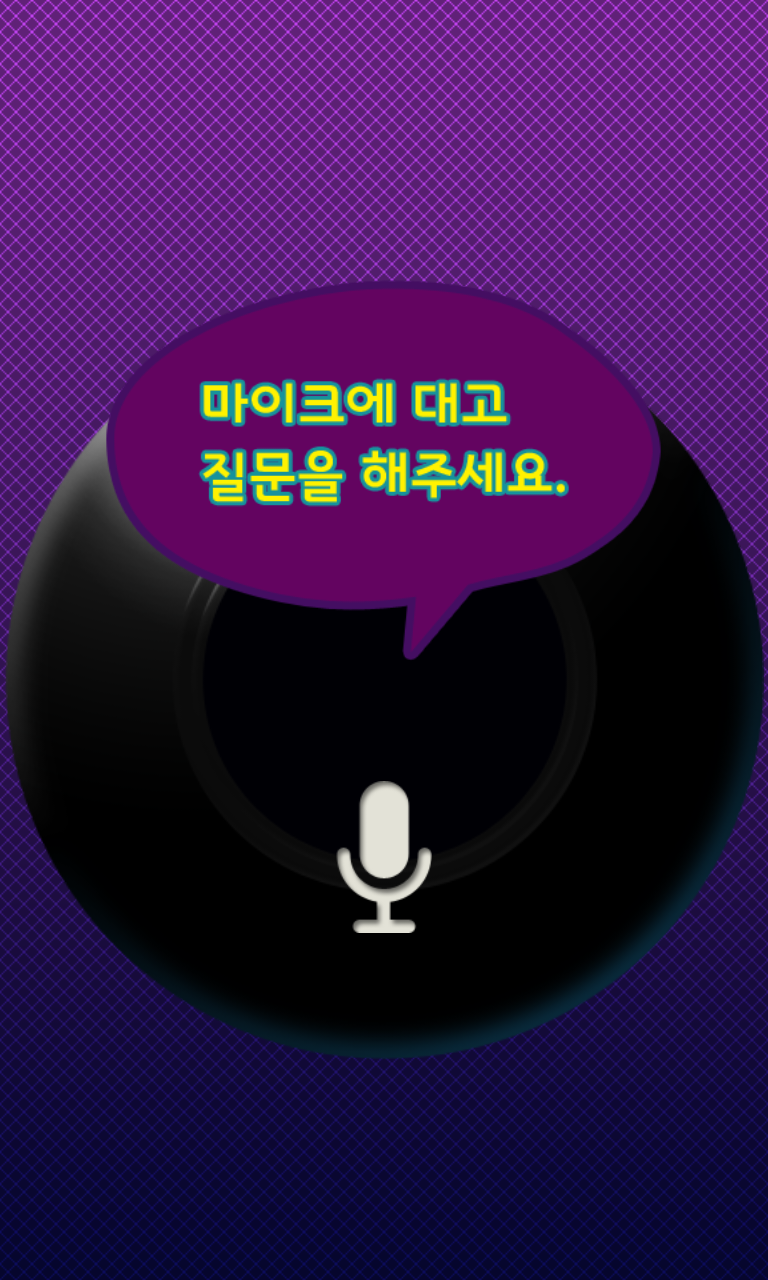
Repository: LimHeeJho/masicBall
Layout: MagicBall/res/layout/activity_main.xml
These files come from the project's save history. The layout is drawn as it stood at one moment and after the next save; the edit follows.
It is drawn on a 768 x 1280 px phone screen (xhdpi) without system bars, with theme AppTheme; the app's code is not run.

Above is the layout before, as saved 2013-07-17 08:19:56.

After the next save:
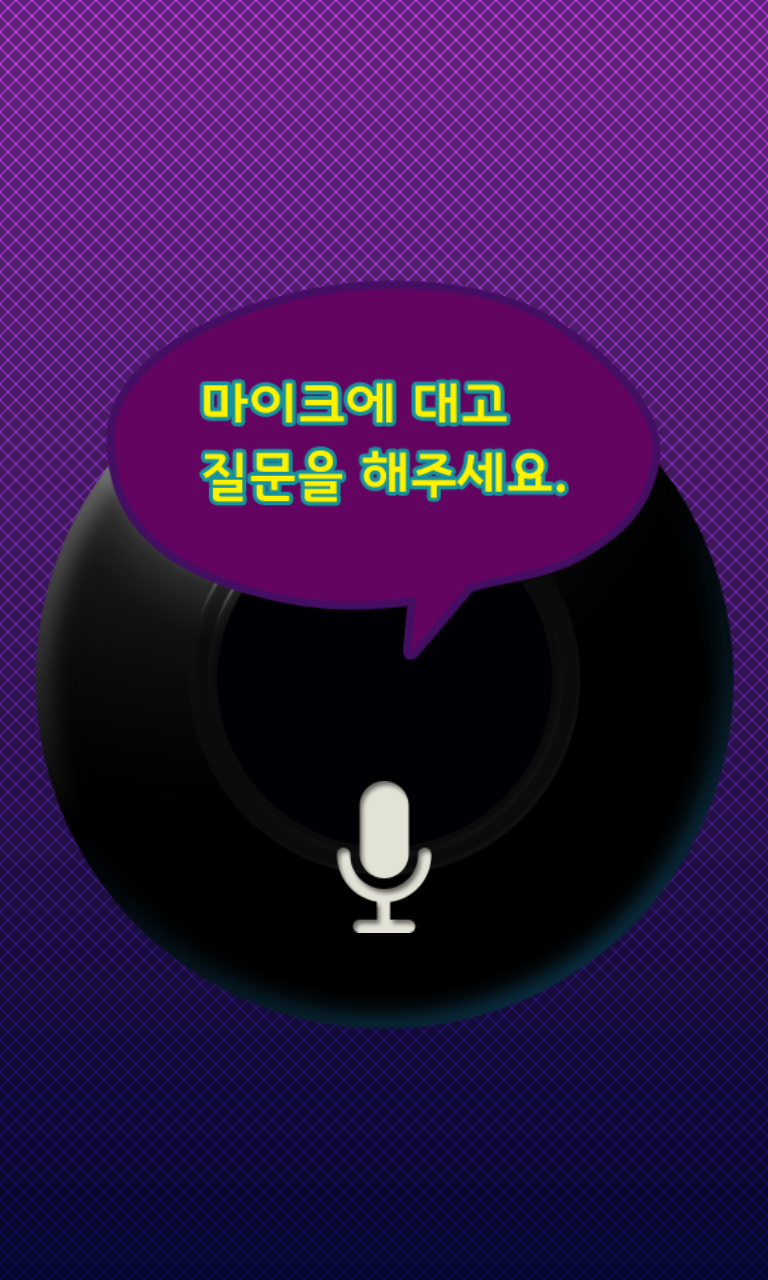
Saved 22 s later.
--- a/MagicBall/res/layout/activity_main.xml
+++ b/MagicBall/res/layout/activity_main.xml
@@ -12,7 +12,7 @@
         android:background="@drawable/background" >
 
         <RelativeLayout
-            android:layout_width="380dp"
+            android:layout_width="350dp"
             android:layout_height="400dp"
             android:layout_marginTop="140dp"
             android:layout_centerHorizontal="true"
